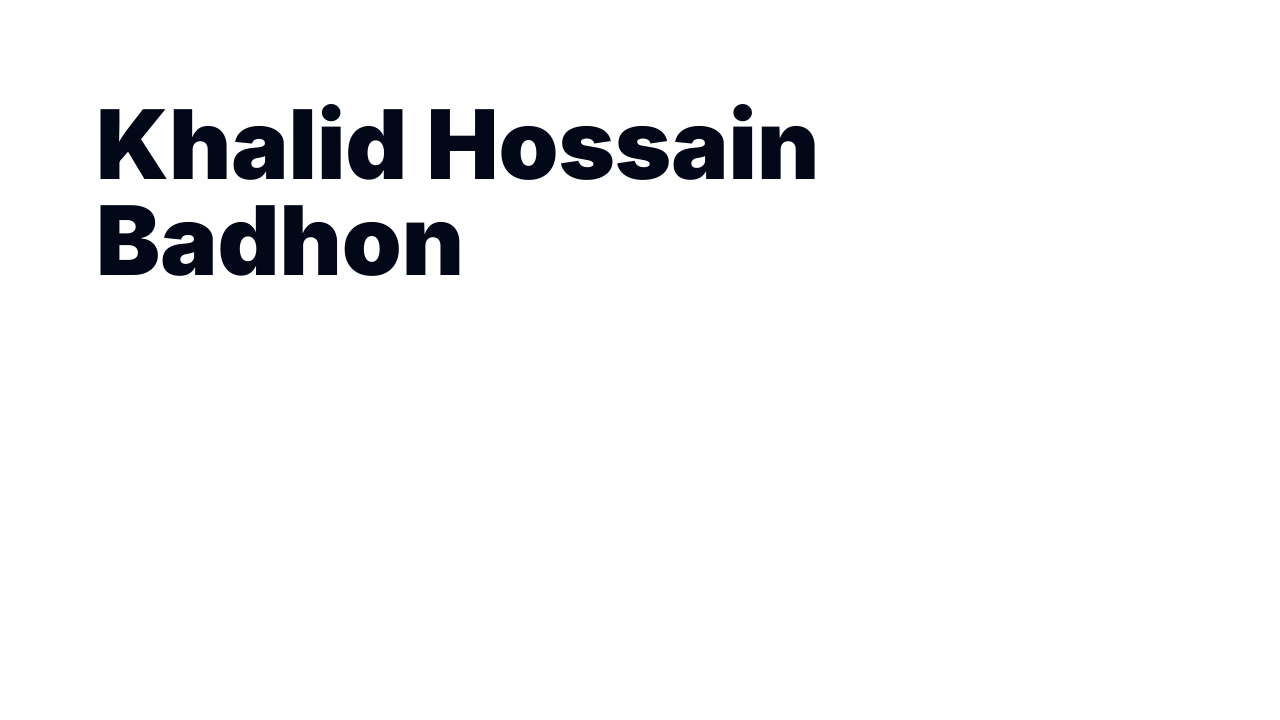
Repository: badhon252/portfolio
Page: /
The author's editor kept a copy of each file at every save. The page is drawn from the files as they stood at one save, then again after the next save.
The browser window is 1280 px wide. The pictures show the whole page.
The project was rebuilt for these pictures with package versions that can differ from the ones it lists, and the page was loaded fresh each time. The framework's server and built-in components were replaced by stand-ins that run in the browser. Also part of the build but not shown: next.config.mjs.

Above is the page before, as saved 2024-08-25 16:42:41.

### app/layout.tsx
import type { Metadata } from 'next';
import { Inter } from 'next/font/google';
import './globals.css';

const inter = Inter({ subsets: ['latin'] });

export const metadata: Metadata = {
  title: 'Khalid Hossain | Web Developer',
  description:
    'Passionate Software Engineer with expertise in JavaScript and Python, specializing in crafting high-quality web applications. Proficient in Next.js for building efficient andscalable solutions. Dedicated to delivering exceptional user experiences throughcutting-edge technologies.',
};

export default function RootLayout({
  children,
}: Readonly<{
  children: React.ReactNode;
}>) {
  return (
    <html lang="en">
      <body className={inter.className}>{children}</body>
    </html>
  );
}

### app/page.tsx
import HeroSection from '@/components/Hero/HeroSection';

export default function Home() {
  return (
    <main>
      <HeroSection />
    </main>
  );
}

### components/Hero/HeroSection.tsx
export default function HeroSection() {
  return (
    <section className="flex min-h-screen flex-col items-center justify-between p-24">
      <h1 className="h1 text-8xl font-black">Khalid Hossain Badhon</h1>
    </section>
  );
}

### components/Nav/Navbar.tsx
export default function Navbar() {
  return (
    <section>
      <h1 className="h1 text-xl font-black">Navbar </h1>
    </section>
  );
}

Loaded but not shown: app/globals.css (common file); tailwind.config.ts (common file)

After the next save:
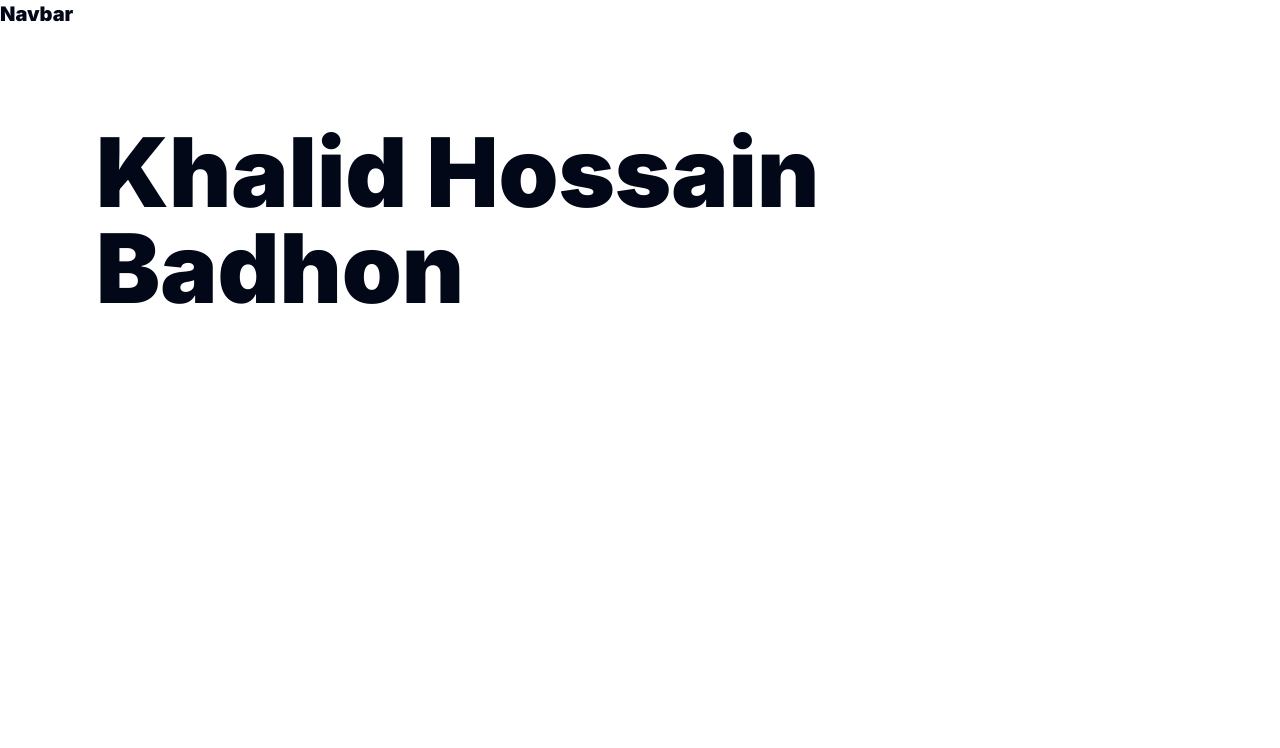
Saved 13 s later.
--- a/app/page.tsx
+++ b/app/page.tsx
@@ -1,8 +1,10 @@
 import HeroSection from '@/components/Hero/HeroSection';
+import Navbar from '@/components/Nav/Navbar';
 
 export default function Home() {
   return (
     <main>
+      <Navbar />
       <HeroSection />
     </main>
   );
